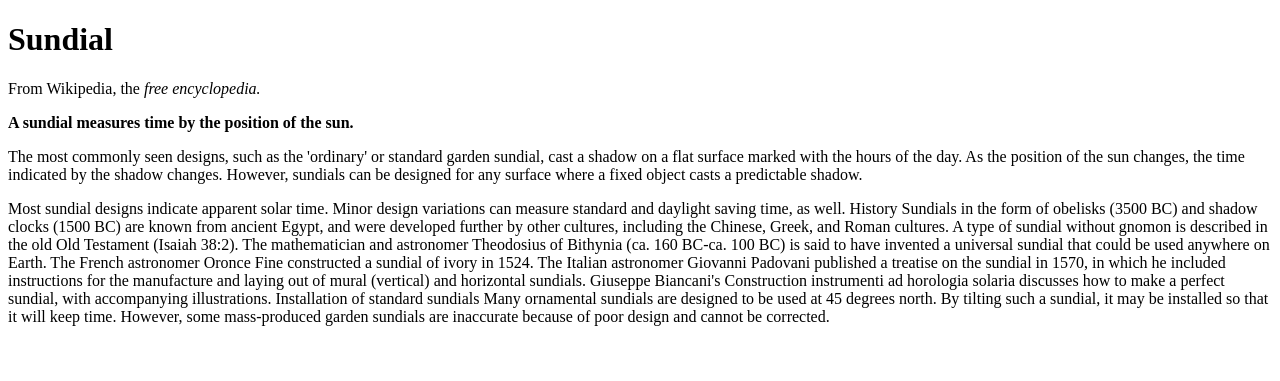
Repository: 9-5-pursuit/lab-intro-to-html
Page: sundial.html
The author's editor kept a copy of each file at every save. The page is drawn from the files as they stood at one save, then again after a run of saves.
The browser window is 1280 px wide. The pictures show the whole page.

Above is the page before, as saved 2023-02-27 16:28:58.

### sundial.html
<!DOCTYPE html>
<html lang="en">
  <head>
    <meta charset="UTF-8" />
    <meta http-equiv="X-UA-Compatible" content="IE=edge" />
    <meta name="viewport" content="width=device-width, initial-scale=1.0" />
    <title>Sundial</title>
  </head>
  <body>
    <header>
      <h1>Sundial</h1>
      <span> From Wikipedia, the <em>free encyclopedia.</em> </span>
    </header>
    <p></p>
    <strong>A sundial measures time by the position of the sun.</strong>
    <p>The most commonly seen designs, such as the 'ordinary' or standard garden
    sundial, cast a shadow on a flat surface marked with the hours of the day.
    As the position of the sun changes, the time indicated by the shadow changes. However, sundials can be designed for any surface where a fixed
    object casts a predictable shadow.
    </p>
    <p>
    Most sundial designs indicate apparent
    solar time. Minor design variations can measure standard and daylight saving
    time, as well. History Sundials in the form of obelisks (3500 BC) and shadow
    clocks (1500 BC) are known from ancient Egypt, and were developed further by
    other cultures, including the Chinese, Greek, and Roman cultures. A type of
    sundial without gnomon is described in the old Old Testament (Isaiah 38:2).
    The mathematician and astronomer Theodosius of Bithynia (ca. 160 BC-ca. 100
    BC) is said to have invented a universal sundial that could be used anywhere
    on Earth. The French astronomer Oronce Fine constructed a sundial of ivory
    in 1524. The Italian astronomer Giovanni Padovani published a treatise on
    the sundial in 1570, in which he included instructions for the manufacture
    and laying out of mural (vertical) and horizontal sundials. Giuseppe
    Biancani's Construction instrumenti ad horologia solaria discusses how to
    make a perfect sundial, with accompanying illustrations. Installation of
    standard sundials Many ornamental sundials are designed to be used at 45
    degrees north. By tilting such a sundial, it may be installed so that it
    will keep time. However, some mass-produced garden sundials are inaccurate
    because of poor design and cannot be corrected.
  </body>
</html>

After the next 3 saves:
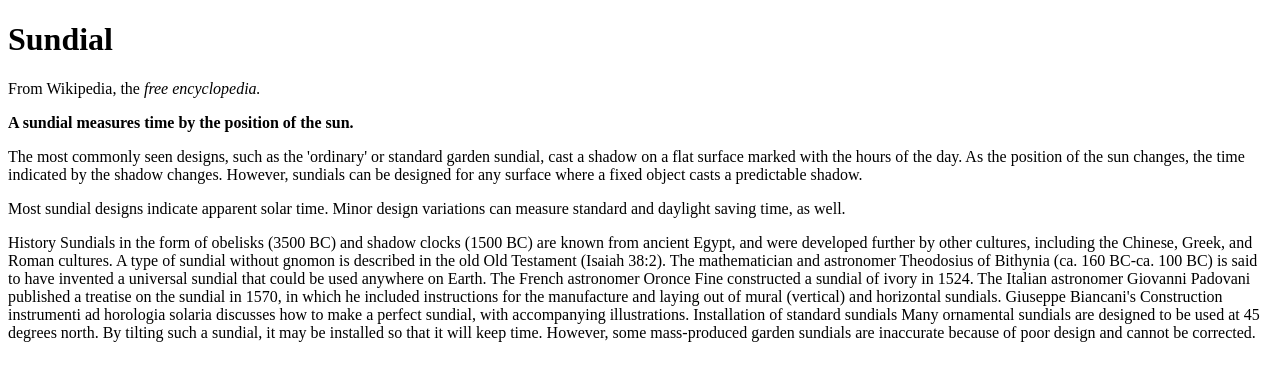
The 3 saves are shown as one change because they came seconds apart.
The last was saved 17 s later.
--- a/sundial.html
+++ b/sundial.html
@@ -21,7 +21,9 @@
     <p>
     Most sundial designs indicate apparent
     solar time. Minor design variations can measure standard and daylight saving
-    time, as well. History Sundials in the form of obelisks (3500 BC) and shadow
+    time, as well.
+    </p>
+    History Sundials in the form of obelisks (3500 BC) and shadow
     clocks (1500 BC) are known from ancient Egypt, and were developed further by
     other cultures, including the Chinese, Greek, and Roman cultures. A type of
     sundial without gnomon is described in the old Old Testament (Isaiah 38:2).
